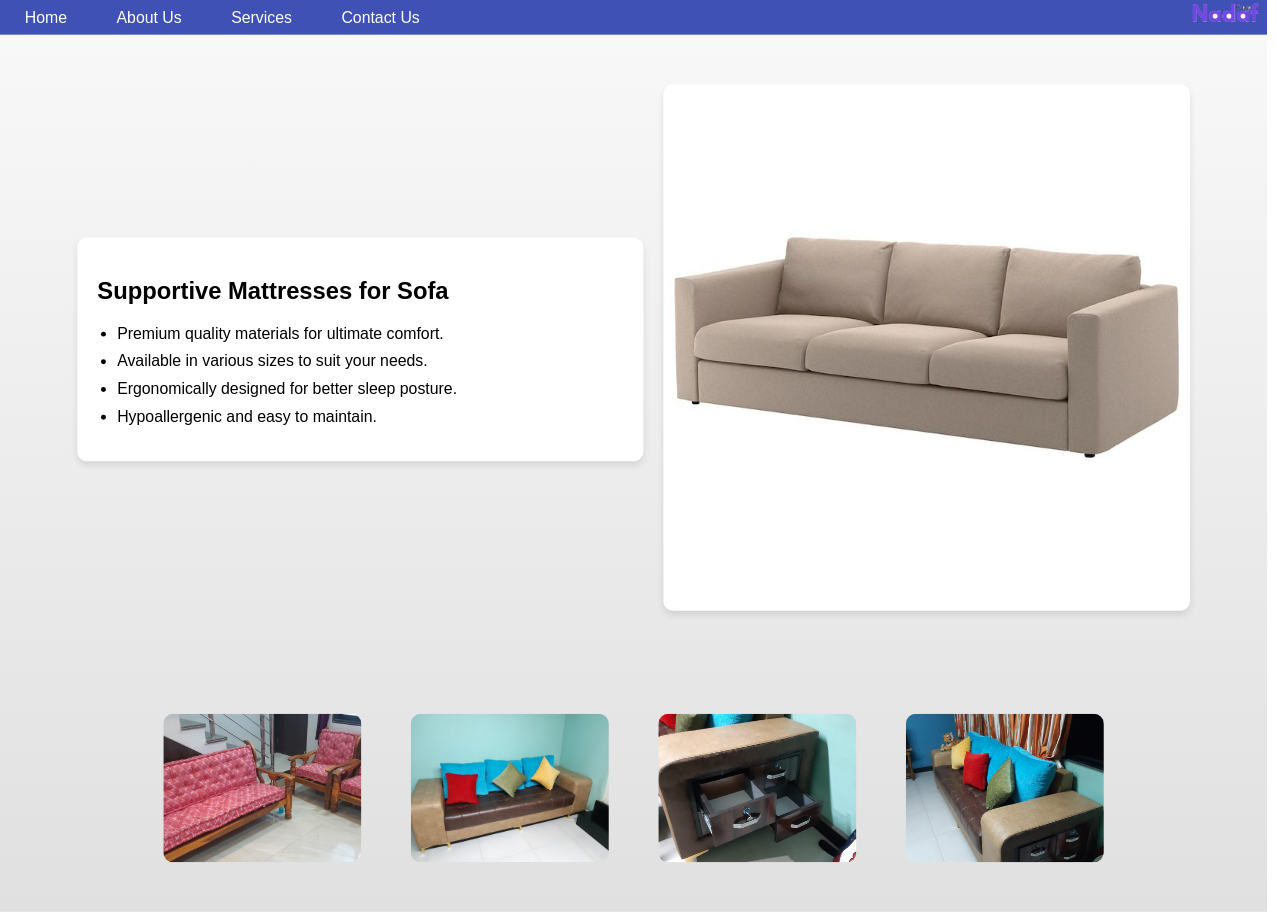
Repository: nadafgroup/rashidgadiUI
Page: src/sofa.html
An editor plug-in stored every save of this project. The page is shown before and after the next save, followed by the edit.
The browser window is 1280 px wide. The page is 1280 px wide, then 1290 px, so the pictures cover 1290 px, including what lies to the right of the window. The pictures show the whole page, at 99% of full size.

Above is the page before, as saved 2025-01-23 16:13:03.

After the next save:
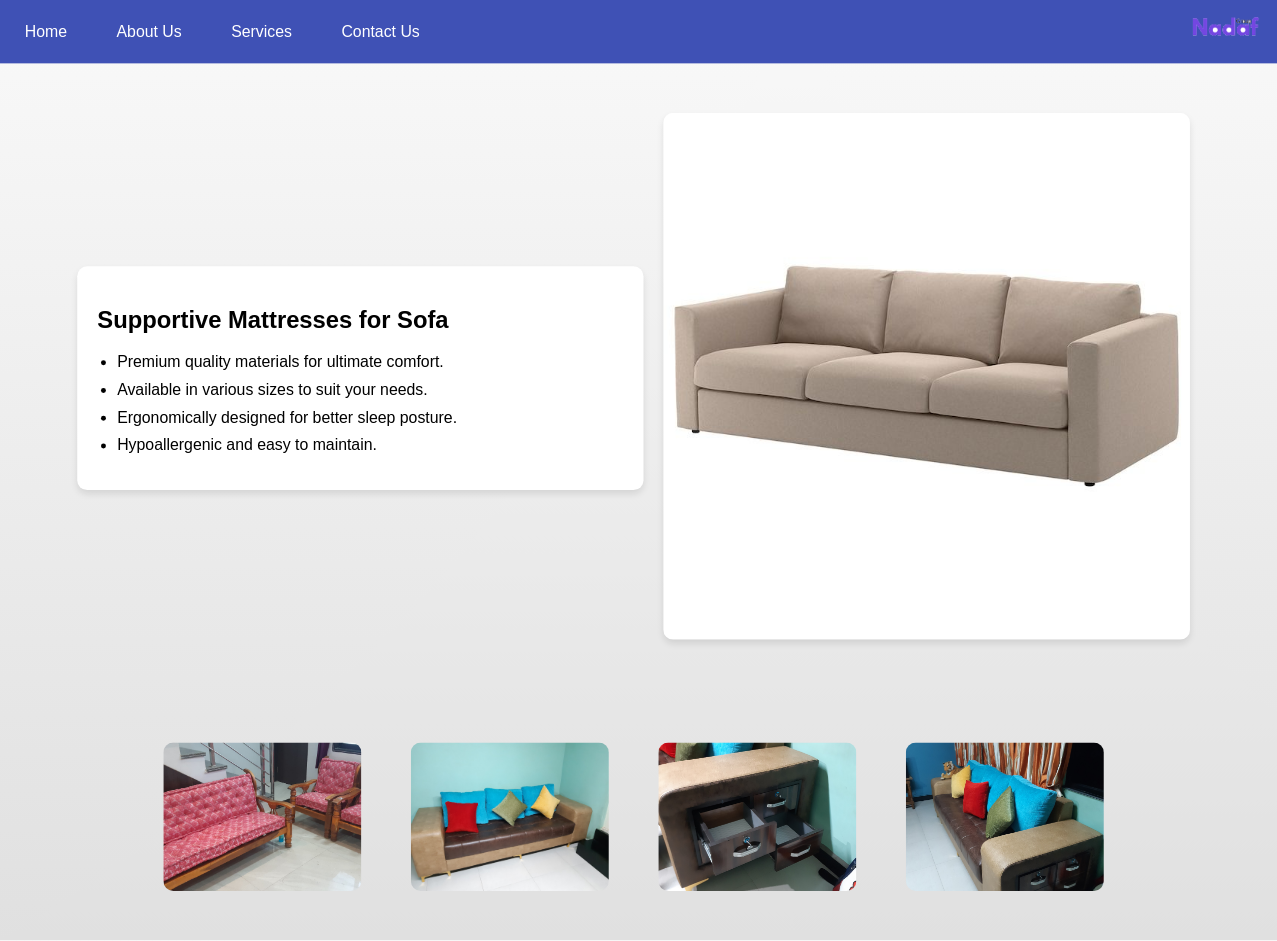
Saved 30 s later.
--- a/src/products.css
+++ b/src/products.css
@@ -9,8 +9,8 @@ body {
 
 header {
     width:100%;
-    height: 35px;
-    /* padding: 10px; */
+
+    padding: 10px;
     display: flex;
     justify-content: space-between;
     align-items: center;
